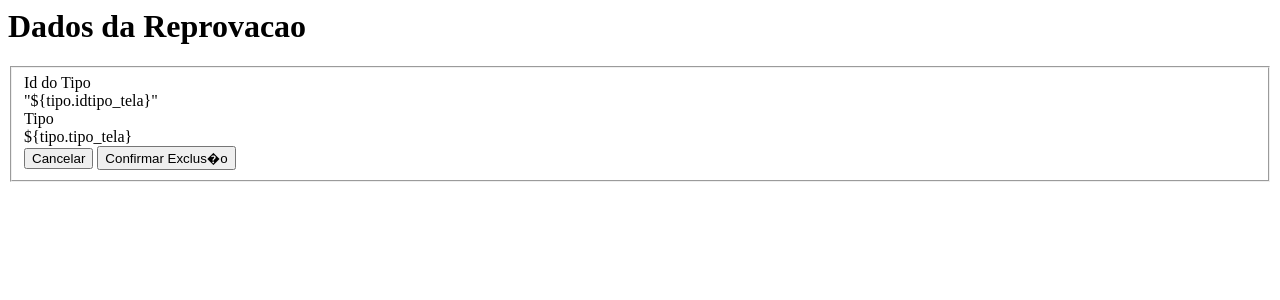
Repository: WilliamEstrela/trabalho1VA-PROG4
Page: CRUDLanManagerV5/WebContent/manterreprovacao/excluir.html
The author's editor kept a copy of each file at every save. The page is drawn from the files as they stood at one save, then again after the next save.
The browser window is 1280 px wide. The pictures show the whole page.

Above is the page before, as saved 2019-09-05 23:33:20.

### CRUDLanManagerV5/WebContent/manterreprovacao/excluir.html
<h1>Dados da Reprovacao</h1>
<div class="col-lg-6">
            <div class="well">
              <form class="bs-example form-horizontal" action="${contextPath}/sistema" method="post">
                <fieldset>
	              <input type="hidden" name="casoDeUso" value="manterTipo">
                  <div class="form-group">
				  <input type="hidden" name="acao" value="apagar">
				  <input type="hidden" name="idtipo" value="${tipo.idtipo}">
                    <label for="idtipo" class="col-lg-2 control-label">Id do Tipo</label>
                    <div class="col-lg-10">
                      "${tipo.idtipo_tela}"
                    </div>
                  </div>
                  <div class="form-group">
                    <label for="tipo" class="col-lg-2 control-label">Tipo</label>
                    <div class="col-lg-10">
                      ${tipo.tipo_tela}
                    </div>
                  </div>

                  <div class="form-group">
                    <div class="col-lg-10 col-lg-offset-2">
                      <button class="btn btn-default">Cancelar</button>
                      <button type="submit" class="btn btn-primary">Confirmar Exclus�o</button>
                    </div>
                  </div>
                </fieldset>
              </form>
            </div>
          </div>
          <!-- $include ../geral/mensagemPadrao.html -->

After the next save:
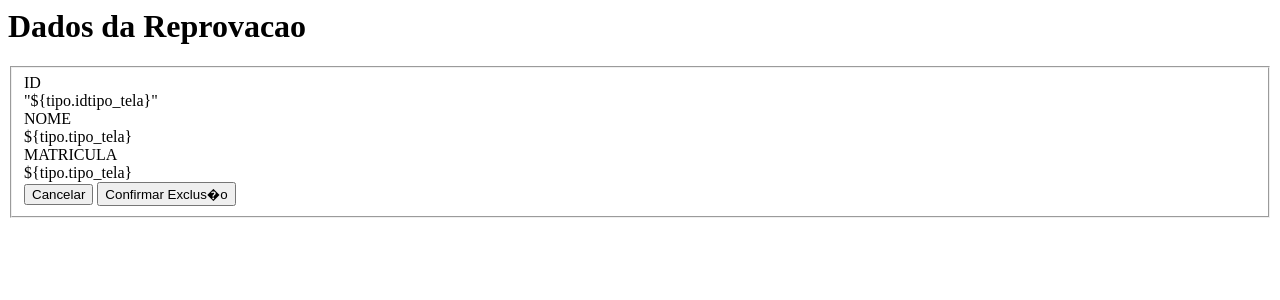
Saved 58 s later.
--- a/CRUDLanManagerV5/WebContent/manterreprovacao/excluir.html
+++ b/CRUDLanManagerV5/WebContent/manterreprovacao/excluir.html
@@ -7,13 +7,21 @@
                   <div class="form-group">
 				  <input type="hidden" name="acao" value="apagar">
 				  <input type="hidden" name="idtipo" value="${tipo.idtipo}">
-                    <label for="idtipo" class="col-lg-2 control-label">Id do Tipo</label>
+                    <label for="idtipo" class="col-lg-2 control-label">ID</label>
                     <div class="col-lg-10">
                       "${tipo.idtipo_tela}"
                     </div>
                   </div>
+
                   <div class="form-group">
-                    <label for="tipo" class="col-lg-2 control-label">Tipo</label>
+                    <label for="tipo" class="col-lg-2 control-label">NOME</label>
+                    <div class="col-lg-10">
+                      ${tipo.tipo_tela}
+                    </div>
+                  </div>
+
+                  <div class="form-group">
+                    <label for="tipo" class="col-lg-2 control-label">MATRICULA</label>
                     <div class="col-lg-10">
                       ${tipo.tipo_tela}
                     </div>
